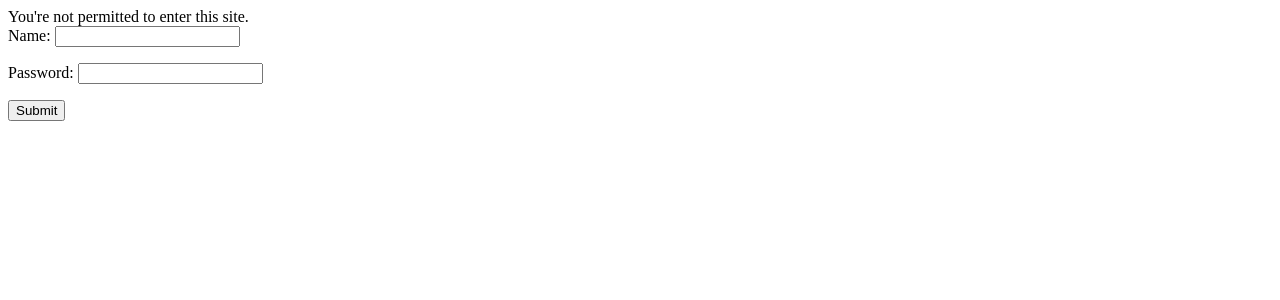
Repository: myoder020/Projects
Page: http://localhost/ControllerTest/views/login-fail.jsp
The author's editor kept a copy of each file at every save. The page is drawn from the files as they stood at one save, then again after the next save.
The browser window is 1280 px wide. The pictures show the whole page.
The page is served by Tomcat 9. Other server files are loaded and not shown.

Above is the page before, as saved 2015-05-23 20:18:52.

### webDev/ControllerTest/WebContent/views/login-fail.jsp
<%@ page language="java" contentType="text/html; charset=ISO-8859-1"
    pageEncoding="ISO-8859-1"%>
<!DOCTYPE html PUBLIC "-//W3C//DTD HTML 4.01 Transitional//EN" "http://www.w3.org/TR/html4/loose.dtd">
<html>
<head>
<meta http-equiv="Content-Type" content="text/html; charset=ISO-8859-1">
<title>Login Failure</title>
</head>
<body>
	You're not permitted to enter this site.
	<%@ include file="/index.jsp" %>
</body>
</html>

### webDev/ControllerTest/WebContent/index.jsp
<%@ page language="java" contentType="text/html; charset=ISO-8859-1"
    pageEncoding="ISO-8859-1"%>
<!DOCTYPE html PUBLIC "-//W3C//DTD HTML 4.01 Transitional//EN" "http://www.w3.org/TR/html4/loose.dtd">
<html>
<head>
<meta http-equiv="Content-Type" content="text/html; charset=ISO-8859-1">
<title>MVC Test</title>
</head>
<body>
	<form action="MainController" method="post">

		Name: <input type="text" name="name"/><p/>
		Password: <input type="password" name="pass"/><p/>
		<button type="submit">Submit</button>

	</form>
</body>
</html>

After the next save:
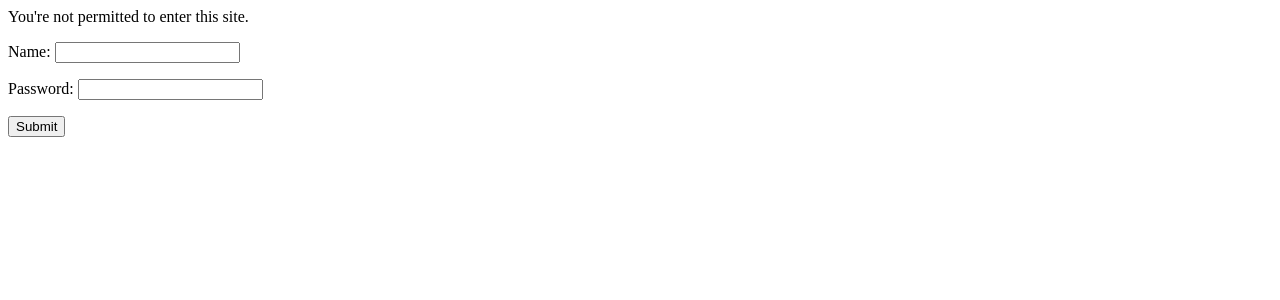
Saved 39 s later.
--- a/webDev/ControllerTest/WebContent/views/login-fail.jsp
+++ b/webDev/ControllerTest/WebContent/views/login-fail.jsp
@@ -7,7 +7,7 @@
 <title>Login Failure</title>
 </head>
 <body>
-	You're not permitted to enter this site.
+	You're not permitted to enter this site.<p/>
 	<%@ include file="/index.jsp" %>
 </body>
 </html>
